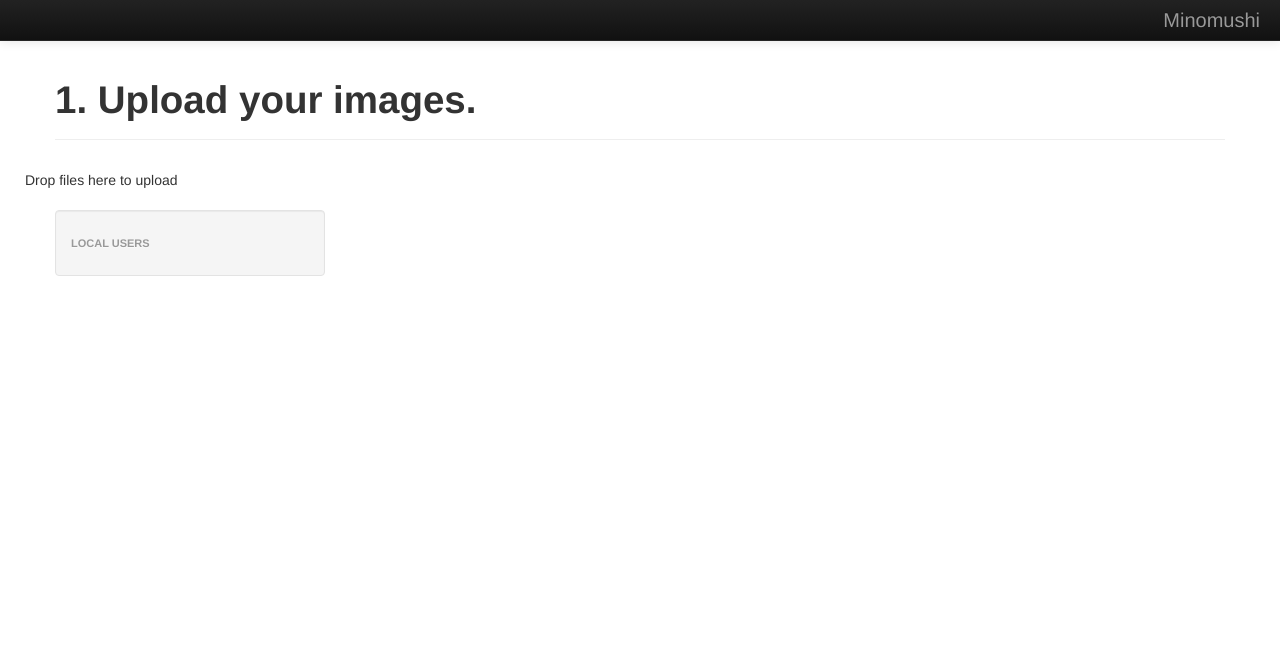
Repository: techiela/minomushi
Page: client/index.html
The author's editor kept a record of every edit. The page is drawn from the files as they stood at one moment, then again after the next edit.
The browser window is 1280 px wide. The pictures show the whole page.

Above is the page before.

### client/index.html
<!doctype html>
<html lang="en" ng-app>
  <head>
    <title>Minomushi : pretty image resizing for smartphone</title>
    <meta name="viewport" content="width=device-width, initial-scale=1.0">
    <link rel="stylesheet" href="/css/bootstrap.min.css">
    <link rel="stylesheet" href="/css/bootstrap-responsive.min.css">
    <style>
      body {
        padding-top: 60px;
      }
    </style>
    <script>
      function ChatController($scope) {

        $scope.messages = [];
        $scope.roster = [];
        $scope.name = '';
        $scope.text = '';

        $scope.send = function send() {
        };
      }
    </script>
  </head>
  <body>
    <div class="container" ng-controller="ChatController">
      <div class="navbar navbar-fixed-top navbar-inverse">
        <div class="navbar-inner">
          <div class="pull-right">
            <a href="/" class="brand">Minomushi</a>
          </div>
        </div>
      </div>
      <div class="page-header">
        <h1>1. Upload your images.</h1>
      </div>
      <div class="row">

        <!-- by me -->
        <form action="/file-upload"
              class="dropzone"
              id="my-awesome-dropzone"></form>

        <!--/ by me -->

        <div class="span3">
          <ul class="nav nav-list well">
            <li class="nav-header">Local Users</li>
            </li>
          </ul>
        </div>
      </div>
    </div>
    <script src="/js/jquery.min.js"></script>
    <script src="/js/bootstrap.min.js"></script>
    <script src="/js/angular.min.js"></script>
    <script src="/js/dropzone.js"></script>
  </body>
</html>

### client/css/dropzone.css
/* The MIT License */
.dropzone,
.dropzone *,
.dropzone-previews,
.dropzone-previews * {
  -webkit-box-sizing: border-box;
  -moz-box-sizing: border-box;
  box-sizing: border-box;
}
.dropzone {
  position: relative;
  border: 1px solid rgba(0,0,0,0.08);
  background: rgba(0,0,0,0.02);
  padding: 1em;
}
.dropzone.dz-clickable {
  cursor: pointer;
}
.dropzone.dz-clickable .dz-message,
.dropzone.dz-clickable .dz-message span {
  cursor: pointer;
}
.dropzone.dz-clickable * {
  cursor: default;
}
.dropzone .dz-message {
  opacity: 1;
  -ms-filter: none;
  filter: none;
}
.dropzone.dz-drag-hover {
  border-color: rgba(0,0,0,0.15);
  background: rgba(0,0,0,0.04);
}
.dropzone.dz-started .dz-message {
  display: none;
}
.dropzone .dz-preview,
.dropzone-previews .dz-preview {
  background: rgba(255,255,255,0.8);
  position: relative;
  display: inline-block;
  margin: 17px;
  vertical-align: top;
  border: 1px solid #acacac;
  padding: 6px 6px 6px 6px;
}
.dropzone .dz-preview.dz-file-preview [data-dz-thumbnail],
.dropzone-previews .dz-preview.dz-file-preview [data-dz-thumbnail] {
  display: none;
}
.dropzone .dz-preview .dz-details,
.dropzone-previews .dz-preview .dz-details {
  width: 100px;
  height: 100px;
  position: relative;
  background: #ebebeb;
  padding: 5px;
  margin-bottom: 22px;
}
.dropzone .dz-preview .dz-details .dz-filename,
.dropzone-previews .dz-preview .dz-details .dz-filename {
  overflow: hidden;
  height: 100%;
}
.dropzone .dz-preview .dz-details img,
.dropzone-previews .dz-preview .dz-details img {
  position: absolute;
  top: 0;
  left: 0;
  width: 100px;
  height: 100px;
}
.dropzone .dz-preview .dz-details .dz-size,
.dropzone-previews .dz-preview .dz-details .dz-size {
  position: absolute;
  bottom: -28px;
  left: 3px;
  height: 28px;
  line-height: 28px;
}
.dropzone .dz-preview.dz-error .dz-error-mark,
.dropzone-previews .dz-preview.dz-error .dz-error-mark {
  display: block;
}
.dropzone .dz-preview.dz-success .dz-success-mark,
.dropzone-previews .dz-preview.dz-success .dz-success-mark {
  display: block;
}
.dropzone .dz-preview:hover .dz-details img,
.dropzone-previews .dz-preview:hover .dz-details img {
  display: none;
}
.dropzone .dz-preview .dz-success-mark,
.dropzone-previews .dz-preview .dz-success-mark,
.dropzone .dz-preview .dz-error-mark,
.dropzone-previews .dz-preview .dz-error-mark {
  display: none;
  position: absolute;
  width: 40px;
  height: 40px;
  font-size: 30px;
  text-align: center;
  right: -10px;
  top: -10px;
}
.dropzone .dz-preview .dz-success-mark,
.dropzone-previews .dz-preview .dz-success-mark {
  color: #8cc657;
}
.dropzone .dz-preview .dz-error-mark,
.dropzone-previews .dz-preview .dz-error-mark {
  color: #ee162d;
}
.dropzone .dz-preview .dz-progress,
.dropzone-previews .dz-preview .dz-progress {
  position: absolute;
  top: 100px;
  left: 6px;
  right: 6px;
  height: 6px;
  background: #d7d7d7;
  display: none;
}
.dropzone .dz-preview .dz-progress .dz-upload,
.dropzone-previews .dz-preview .dz-progress .dz-upload {
  display: block;
  position: absolute;
  top: 0;
  bottom: 0;
  left: 0;
  width: 0%;
  background-color: #8cc657;
}
.dropzone .dz-preview.dz-processing .dz-progress,
.dropzone-previews .dz-preview.dz-processing .dz-progress {
  display: block;
}
.dropzone .dz-preview .dz-error-message,
.dropzone-previews .dz-preview .dz-error-message {
  display: none;
  position: absolute;
  top: -5px;
  left: -20px;
  background: rgba(245,245,245,0.8);
  padding: 8px 10px;
  color: #800;
  min-width: 140px;
  max-width: 500px;
  z-index: 500;
}
.dropzone .dz-preview:hover.dz-error .dz-error-message,
.dropzone-previews .dz-preview:hover.dz-error .dz-error-message {
  display: block;
}
.dropzone {
  border: 1px solid rgba(0,0,0,0.03);
  min-height: 360px;
  -webkit-border-radius: 3px;
  border-radius: 3px;
  background: rgba(0,0,0,0.03);
  padding: 23px;
}
.dropzone .dz-default.dz-message {
  opacity: 1;
  -ms-filter: none;
  filter: none;
  -webkit-transition: opacity 0.3s ease-in-out;
  -moz-transition: opacity 0.3s ease-in-out;
  -o-transition: opacity 0.3s ease-in-out;
  -ms-transition: opacity 0.3s ease-in-out;
  transition: opacity 0.3s ease-in-out;
  background-image: url("../img/spritemap.png");
  background-repeat: no-repeat;
  background-position: 0 0;
  position: absolute;
  width: 428px;
  height: 123px;
  margin-left: -214px;
  margin-top: -61.5px;
  top: 50%;
  left: 50%;
}
@media all and (-webkit-min-device-pixel-ratio:1.5),(min--moz-device-pixel-ratio:1.5),(-o-min-device-pixel-ratio:1.5/1),(min-device-pixel-ratio:1.5),(min-resolution:138dpi),(min-resolution:1.5dppx) {
  .dropzone .dz-default.dz-message {
    background-image: url("../img/spritemap@2x.png");
    -webkit-background-size: 428px 406px;
    -moz-background-size: 428px 406px;
    background-size: 428px 406px;
  }
}
.dropzone .dz-default.dz-message span {
  display: none;
}
.dropzone.dz-square .dz-default.dz-message {
  background-position: 0 -123px;
  width: 268px;
  margin-left: -134px;
  height: 174px;
  margin-top: -87px;
}
.dropzone.dz-drag-hover .dz-message {
  opacity: 0.15;
  -ms-filter: "progid:DXImageTransform.Microsoft.Alpha(Opacity=15)";
  filter: alpha(opacity=15);
}
.dropzone.dz-started .dz-message {
  display: block;
  opacity: 0;
  -ms-filter: "progid:DXImageTransform.Microsoft.Alpha(Opacity=0)";
  filter: alpha(opacity=0);
}
.dropzone .dz-preview,
.dropzone-previews .dz-preview {
  -webkit-box-shadow: 1px 1px 4px rgba(0,0,0,0.16);
  box-shadow: 1px 1px 4px rgba(0,0,0,0.16);
  font-size: 14px;
}
.dropzone .dz-preview.dz-image-preview:hover .dz-details img,
.dropzone-previews .dz-preview.dz-image-preview:hover .dz-details img {
  display: block;
  opacity: 0.1;
  -ms-filter: "progid:DXImageTransform.Microsoft.Alpha(Opacity=10)";
  filter: alpha(opacity=10);
}
.dropzone .dz-preview.dz-success .dz-success-mark,
.dropzone-previews .dz-preview.dz-success .dz-success-mark {
  opacity: 1;
  -ms-filter: none;
  filter: none;
}
.dropzone .dz-preview.dz-error .dz-error-mark,
.dropzone-previews .dz-preview.dz-error .dz-error-mark {
  opacity: 1;
  -ms-filter: none;
  filter: none;
}
.dropzone .dz-preview.dz-error .dz-progress .dz-upload,
.dropzone-previews .dz-preview.dz-error .dz-progress .dz-upload {
  background: #ee1e2d;
}
.dropzone .dz-preview .dz-error-mark,
.dropzone-previews .dz-preview .dz-error-mark,
.dropzone .dz-preview .dz-success-mark,
.dropzone-previews .dz-preview .dz-success-mark {
  display: block;
  opacity: 0;
  -ms-filter: "progid:DXImageTransform.Microsoft.Alpha(Opacity=0)";
  filter: alpha(opacity=0);
  -webkit-transition: opacity 0.4s ease-in-out;
  -moz-transition: opacity 0.4s ease-in-out;
  -o-transition: opacity 0.4s ease-in-out;
  -ms-transition: opacity 0.4s ease-in-out;
  transition: opacity 0.4s ease-in-out;
  background-image: url("../images/spritemap.png");
  background-repeat: no-repeat;
}
@media all and (-webkit-min-device-pixel-ratio:1.5),(min--moz-device-pixel-ratio:1.5),(-o-min-device-pixel-ratio:1.5/1),(min-device-pixel-ratio:1.5),(min-resolution:138dpi),(min-resolution:1.5dppx) {
  .dropzone .dz-preview .dz-error-mark,
  .dropzone-previews .dz-preview .dz-error-mark,
  .dropzone .dz-preview .dz-success-mark,
  .dropzone-previews .dz-preview .dz-success-mark {
    background-image: url("../img/spritemap@2x.png");
    -webkit-background-size: 428px 406px;
    -moz-background-size: 428px 406px;
    background-size: 428px 406px;
  }
}
.dropzone .dz-preview .dz-error-mark span,
.dropzone-previews .dz-preview .dz-error-mark span,
.dropzone .dz-preview .dz-success-mark span,
.dropzone-previews .dz-preview .dz-success-mark span {
  display: none;
}
.dropzone .dz-preview .dz-error-mark,
.dropzone-previews .dz-preview .dz-error-mark {
  background-position: -268px -123px;
}
.dropzone .dz-preview .dz-success-mark,
.dropzone-previews .dz-preview .dz-success-mark {
  background-position: -268px -163px;
}
.dropzone .dz-preview .dz-progress .dz-upload,
.dropzone-previews .dz-preview .dz-progress .dz-upload {
  -webkit-animation: loading 0.4s linear infinite;
  -moz-animation: loading 0.4s linear infinite;
  -o-animation: loading 0.4s linear infinite;
  -ms-animation: loading 0.4s linear infinite;
  animation: loading 0.4s linear infinite;
  -webkit-transition: width 0.3s ease-in-out;
  -moz-transition: width 0.3s ease-in-out;
  -o-transition: width 0.3s ease-in-out;
  -ms-transition: width 0.3s ease-in-out;
  transition: width 0.3s ease-in-out;
  -webkit-border-radius: 2px;
  border-radius: 2px;
  position: absolute;
  top: 0;
  left: 0;
  width: 0%;
  height: 100%;
  background-image: url("../images/spritemap.png");
  background-repeat: repeat-x;
  background-position: 0px -400px;
}
@media all and (-webkit-min-device-pixel-ratio:1.5),(min--moz-device-pixel-ratio:1.5),(-o-min-device-pixel-ratio:1.5/1),(min-device-pixel-ratio:1.5),(min-resolution:138dpi),(min-resolution:1.5dppx) {
  .dropzone .dz-preview .dz-progress .dz-upload,
  .dropzone-previews .dz-preview .dz-progress .dz-upload {
    background-image: url("../img/spritemap@2x.png");
    -webkit-background-size: 428px 406px;
    -moz-background-size: 428px 406px;
    background-size: 428px 406px;
  }
}
.dropzone .dz-preview.dz-success .dz-progress,
.dropzone-previews .dz-preview.dz-success .dz-progress {
  display: block;
  opacity: 0;
  -ms-filter: "progid:DXImageTransform.Microsoft.Alpha(Opacity=0)";
  filter: alpha(opacity=0);
  -webkit-transition: opacity 0.4s ease-in-out;
  -moz-transition: opacity 0.4s ease-in-out;
  -o-transition: opacity 0.4s ease-in-out;
  -ms-transition: opacity 0.4s ease-in-out;
  transition: opacity 0.4s ease-in-out;
}
.dropzone .dz-preview .dz-error-message,
.dropzone-previews .dz-preview .dz-error-message {
  display: block;
  opacity: 0;
  -ms-filter: "progid:DXImageTransform.Microsoft.Alpha(Opacity=0)";
  filter: alpha(opacity=0);
  -webkit-transition: opacity 0.3s ease-in-out;
  -moz-transition: opacity 0.3s ease-in-out;
  -o-transition: opacity 0.3s ease-in-out;
  -ms-transition: opacity 0.3s ease-in-out;
  transition: opacity 0.3s ease-in-out;
}
.dropzone .dz-preview:hover.dz-error .dz-error-message,
.dropzone-previews .dz-preview:hover.dz-error .dz-error-message {
  opacity: 1;
  -ms-filter: none;
  filter: none;
}
.dropzone a.dz-remove,
.dropzone-previews a.dz-remove {
  background-image: -webkit-linear-gradient(top, #fafafa, #eee);
  background-image: -moz-linear-gradient(top, #fafafa, #eee);
  background-image: -o-linear-gradient(top, #fafafa, #eee);
  background-image: -ms-linear-gradient(top, #fafafa, #eee);
  background-image: linear-gradient(to bottom, #fafafa, #eee);
  -webkit-border-radius: 2px;
  border-radius: 2px;
  border: 1px solid #eee;
  text-decoration: none;
  display: block;
  padding: 4px 5px;
  text-align: center;
  color: #aaa;
  margin-top: 26px;
}
.dropzone a.dz-remove:hover,
.dropzone-previews a.dz-remove:hover {
  color: #666;
}
@-moz-keyframes loading {
  from {
    background-position: 0 -400px;
  }
  to {
    background-position: -7px -400px;
  }
}
@-webkit-keyframes loading {
  from {
    background-position: 0 -400px;
  }
  to {
    background-position: -7px -400px;
  }
}
@-o-keyframes loading {
  from {
    background-position: 0 -400px;
  }
  to {
    background-position: -7px -400px;
  }
}
@keyframes loading {
  from {
    background-position: 0 -400px;
  }
  to {
    background-position: -7px -400px;
  }
}

Loaded but not shown: client/css/bootstrap.min.css (library); client/css/bootstrap-responsive.min.css (library); client/js/jquery.min.js (library); client/js/bootstrap.min.js (library); client/js/angular.min.js (library); client/js/dropzone.js (1874 lines, source omitted)

After the next edit:
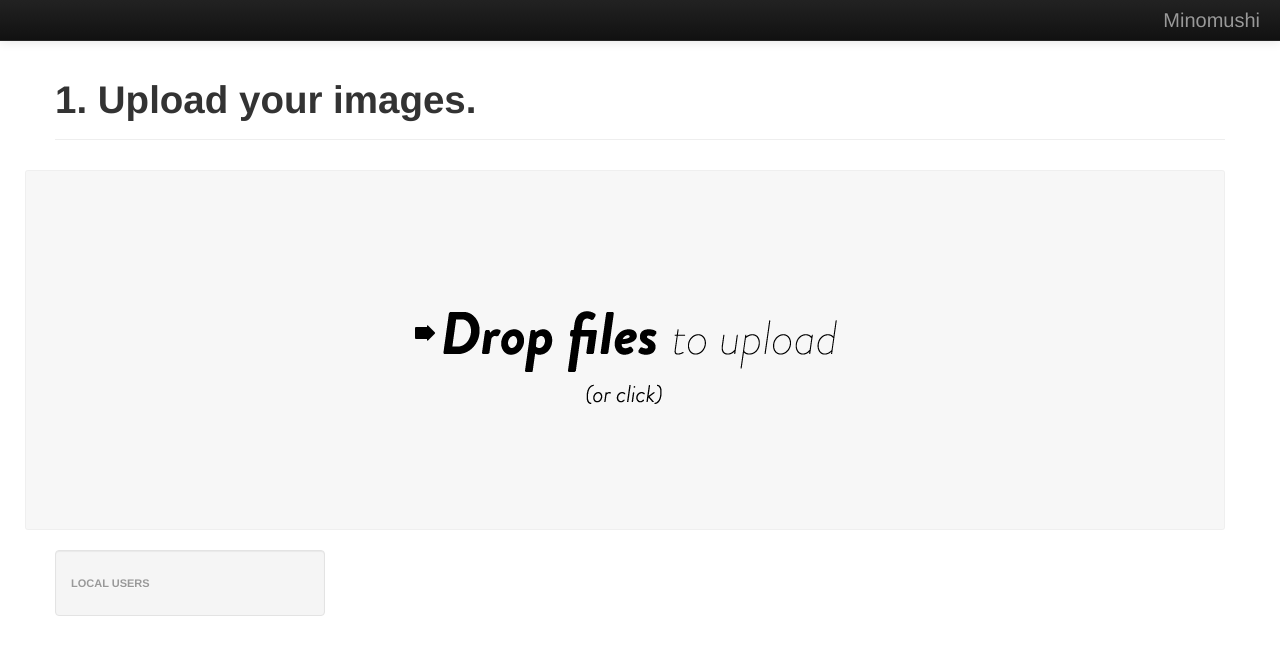
The edit:
--- a/client/index.html
+++ b/client/index.html
@@ -5,6 +5,7 @@
     <meta name="viewport" content="width=device-width, initial-scale=1.0">
     <link rel="stylesheet" href="/css/bootstrap.min.css">
     <link rel="stylesheet" href="/css/bootstrap-responsive.min.css">
+    <link rel="stylesheet" href="/css/dropzone.css">
     <style>
       body {
         padding-top: 60px;
